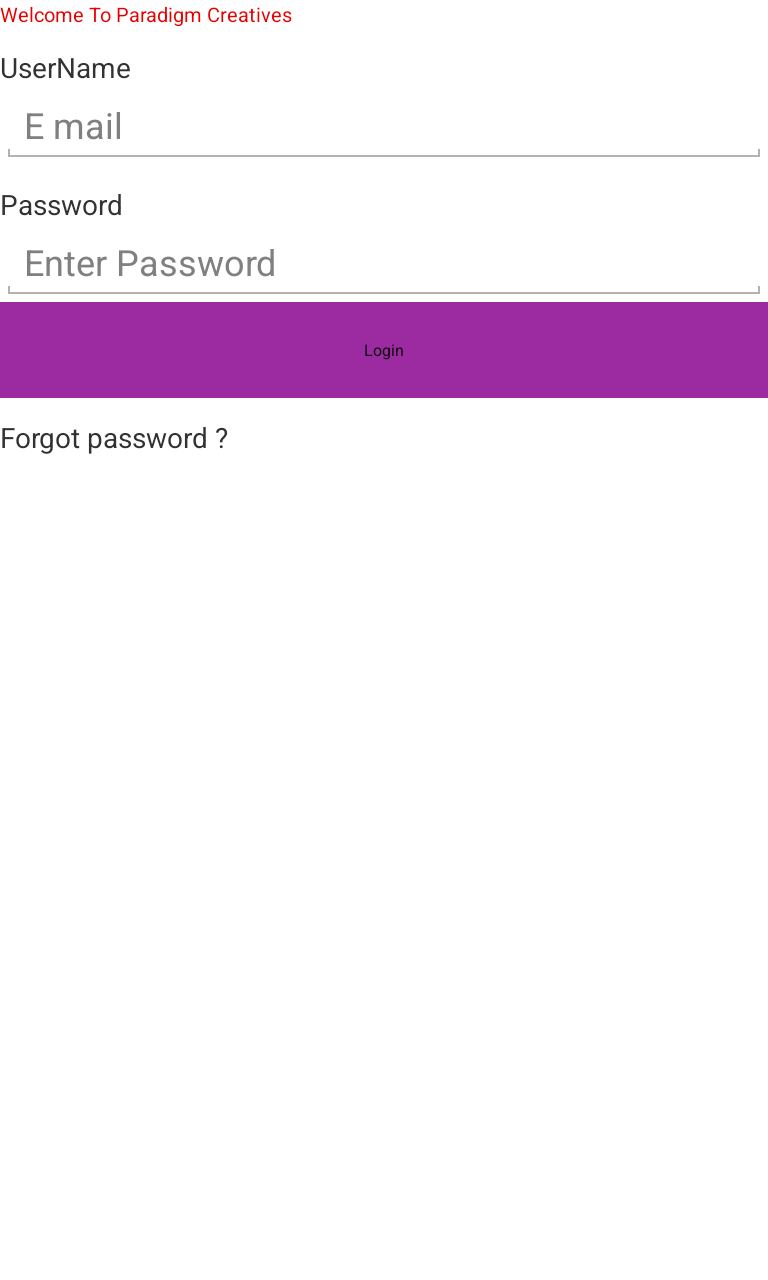
Repository: harishkumar93/harish_AndroidTraining2014
Layout: Exam/WeatherReport/res/layout/login.xml
An editor plug-in stored every save of this project. The layout is shown before and after the next save, followed by the edit.
It is drawn on a 768 x 1280 px phone screen (xhdpi) without system bars, with theme AppTheme; the app's code is not run.

Above is the layout before, as saved 2014-10-06 10:13:14.

### Exam/WeatherReport/res/layout/login.xml
<?xml version="1.0" encoding="utf-8"?>
<LinearLayout xmlns:android="http://schemas.android.com/apk/res/android"
    android:layout_width="match_parent"
    android:layout_height="match_parent"
    android:orientation="vertical" >

    <TextView android:layout_width="match_parent"
        android:layout_height="wrap_content"
        android:text="@string/title_txt"
        android:textSize="10sp"
        android:textColor="#E60000"/>

    <TextView android:layout_width="wrap_content"
        android:layout_height="wrap_content"
        android:text="@string/userName_txt"
        android:layout_marginTop="10dp" />

    <EditText android:layout_width="match_parent"
        android:layout_height="wrap_content"
        android:id="@+id/username_edt"
        android:hint="@string/userName_hint"/>

     <TextView android:layout_width="wrap_content"
        android:layout_height="wrap_content"
        android:text="@string/passWord_txt"
        android:layout_marginTop="10dp" />

    <EditText android:layout_width="match_parent"
        android:layout_height="wrap_content"
        android:id="@+id/password_edt"
        android:hint="@string/passWord_hint"/>

    <Button android:layout_width="match_parent"
        android:layout_height="wrap_content"
        android:id="@+id/login_btn"
        android:text="@string/login_txt"
        android:background="#9C2AA0"
        android:textSize="8dp"/>

    <TextView android:layout_width="wrap_content"
        android:layout_height="wrap_content"
        android:text="@string/forgot_txt"
        android:layout_marginTop="10dp" />





</LinearLayout>

### Exam/WeatherReport/res/values/strings.xml
<resources>

    <string name="app_name">WeatherReport</string>
    <string name="cityName_hint">Enter City Name</string>
    <string name="cityName_txt">City Name :</string>
    <string name="userName_txt">UserName</string>
    <string name="userName_hint">E mail</string>
    <string name="passWord_txt">Password</string>
    <string name="forgot_txt">Forgot password ?</string>
    <string name="login_txt">Login</string>
    <string name="passWord_hint">Enter Password</string>
    <string name="title_txt">Welcome To Paradigm Creatives</string>


</resources>

Loaded but not shown: Exam/WeatherReport/res/values/styles.xml (common file); Exam/WeatherReport/res/values-v11/styles.xml (common file); Exam/WeatherReport/res/values-v14/styles.xml (common file)

After the next save:
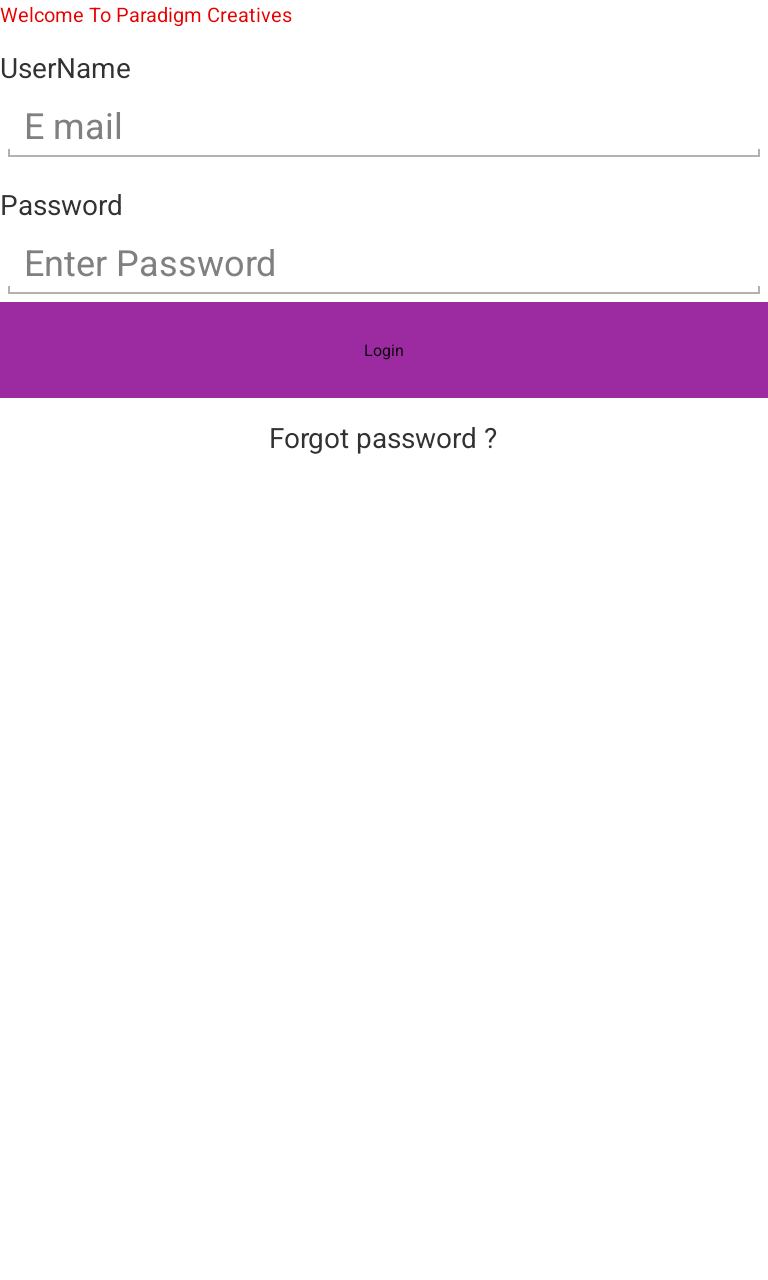
Saved 34 s later.
--- a/Exam/WeatherReport/res/layout/login.xml
+++ b/Exam/WeatherReport/res/layout/login.xml
@@ -40,7 +40,8 @@
     <TextView android:layout_width="wrap_content"
         android:layout_height="wrap_content"
         android:text="@string/forgot_txt"
-        android:layout_marginTop="10dp" />
+        android:layout_marginTop="10dp"
+        android:layout_gravity="center"/>
 
 
 
